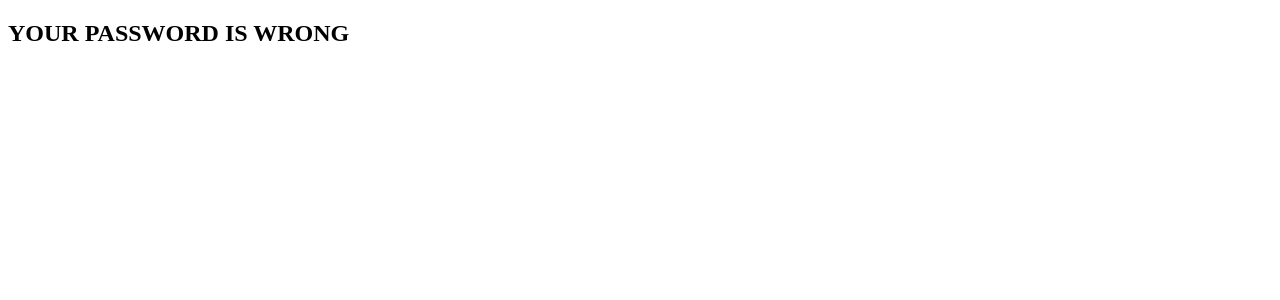
Repository: arindamslt/JEECoding
Page: http://localhost/JSP_Include_Forward_Demo/Display.jsp
These files come from the project's save history. The page is drawn as it stood at one moment and after the next save; the edit follows.
The browser window is 1280 px wide. The pictures show the whole page.
The page is served by Tomcat 9.

Above is the page before, as saved 2025-07-17 14:53:48.

After the next save:
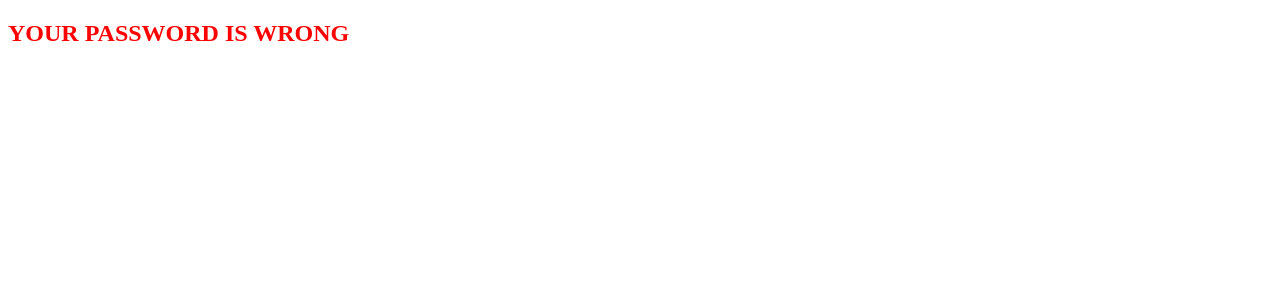
Saved 34 s later.
--- a/JSP_Include_Forward_Demo/src/main/webapp/Display.jsp
+++ b/JSP_Include_Forward_Demo/src/main/webapp/Display.jsp
@@ -7,6 +7,6 @@
 <title>Insert title here</title>
 </head>
 <body>
-<h2>YOUR PASSWORD IS WRONG</h2>
+<h2 style="color:red;">YOUR PASSWORD IS WRONG</h2>
 </body>
 </html>
